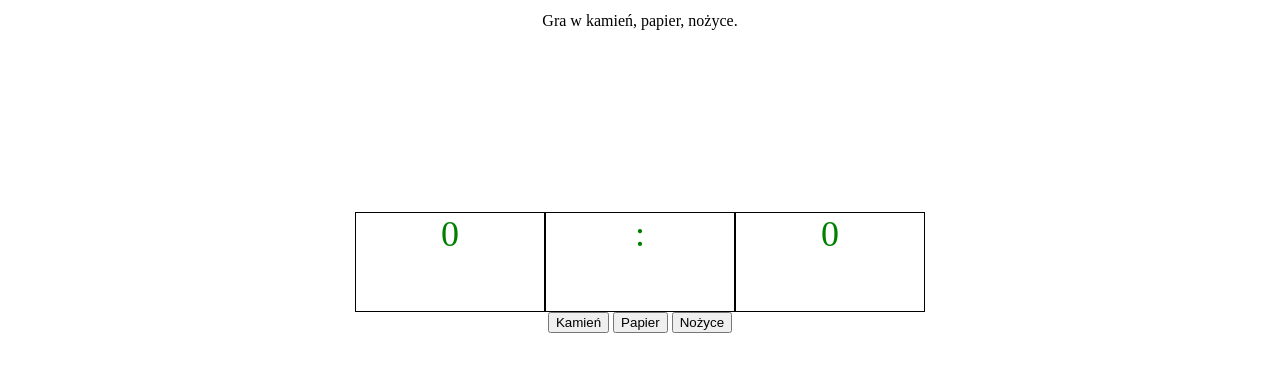
Repository: ulasup/javascript-prework
Page: index.html
An editor plug-in stored every save of this project. The page is shown before and after the next save, followed by the edit.
The browser window is 1280 px wide. The pictures show the whole page.
Some web libraries are served in a nearby version. The style sheet was rebuilt from its Sass, Less or Tailwind sources for each picture, by a compiler version that may differ from the author's.

Above is the page before, as saved 2020-12-12 17:20:41.

### index.html
<!DOCTYPE html>
<html lang="en">
<head>
	<meta charset="UTF-8">
	<title>Kamień, papier, nożyce</title>
	<link rel="stylesheet" href="https://cdnjs.cloudflare.com/ajax/libs/font-awesome/5.9.0/css/all.min.css">
    <link rel="stylesheet" href="vendor/bootstrap-grid.css">
	<link rel="stylesheet" href="css/style.css">
</head>
<body>
	<div class="container">
		<div class="header">Gra w kamień, papier, nożyce.</div>
		<div class=row>
			<div class="player col-2">0</div>
			<div class="score col-2">:</div>
			<div class="computer col-2">0</div>
		</div>
		<div id="buttons">
			<button id="button-rock" type="button">Kamień</button>
			<button id="button-paper" type="button">Papier</button>
			<button id="button-scissors" type="button">Nożyce</button>
		</div>
		<div id="messages"></div>
	</div>
	<script src="js/functions.js"></script>
	<script src="js/script.js"></script>
</body>
</html>

### js/script.js
let buttonRock, buttonPaper, buttonScissors,
playerScore=0,
computerScore=0;

buttonRock = document.getElementById('button-rock');
buttonPaper = document.getElementById('button-paper');
buttonScissors = document.getElementById('button-scissors');

function buttonClicked(argButtonName) {
  clearMessages();

  let computerMove, playerMove, randomNumber;

  function getMoveName(argMoveId) {
    if (argMoveId == 1) {
      return 'kamień';
    } else if (argMoveId == 2) {
      return 'papier';
    } else if (argMoveId == 3) {
      return 'nożyce';
    } else {
      printMessage('Nie znam ruchu o id ' + argMoveId + '. Zakładam, że chodziło o "kamień".');
      return 'kamień';
    }
  }

  function displayResult(argPlayerMove, argComputerMove) {
    if (argPlayerMove == 'papier' && argComputerMove == 'kamień') {
      playerScore++;
      printMessage('Brawo! Zdobywasz punkt!');
    }
    else if (argPlayerMove == 'kamień' && argComputerMove == 'nożyce') {
      playerScore++;
      printMessage('Brawo! Zdobywasz punkt!');
    }
    else if (argPlayerMove == 'nożyce' && argComputerMove == 'papier') {
      playerScore++;
      printMessage('Brawo! Zdobywasz punkt!');
    }
    else if (argPlayerMove == argComputerMove) {
      printMessage('Remis!');
    }
    else {
      computerScore++;
      printMessage('Komputer zdobył punkt!');
    }
    printMessage('Komputer zagrał ' + argComputerMove + ', a Ty ' + argPlayerMove);
  }

  playerMove = argButtonName;
  randomNumber = Math.floor(Math.random() * 3 + 1);
  computerMove = getMoveName(randomNumber);

  if (playerScore == 3) {
    printMessage('Koniec gry! Wygrałeś');
  }
  else if (computerScore == 3) {
    printMessage('Koniec gry! Przegrałeś :(');
  }
  else displayResult(playerMove, computerMove);
}

buttonRock.addEventListener('click', function(){ buttonClicked('kamień'); });
buttonPaper.addEventListener('click', function(){ buttonClicked('papier'); });
buttonScissors.addEventListener('click', function(){ buttonClicked('nożyce'); });

### sass/style.scss
body {
    margin: 12px auto;
    text-align: center;
}
.header {
    min-height: 200px;
}
.row {
    justify-content: center;
}
.player, .computer, .score {
    min-height: 100px;
    color: green;
    font-size: 36px;
    border: 1px solid black;
    align-items: center;
}

Loaded but not shown: vendor/bootstrap-grid.css (library); js/functions.js (common file)

After the next save:
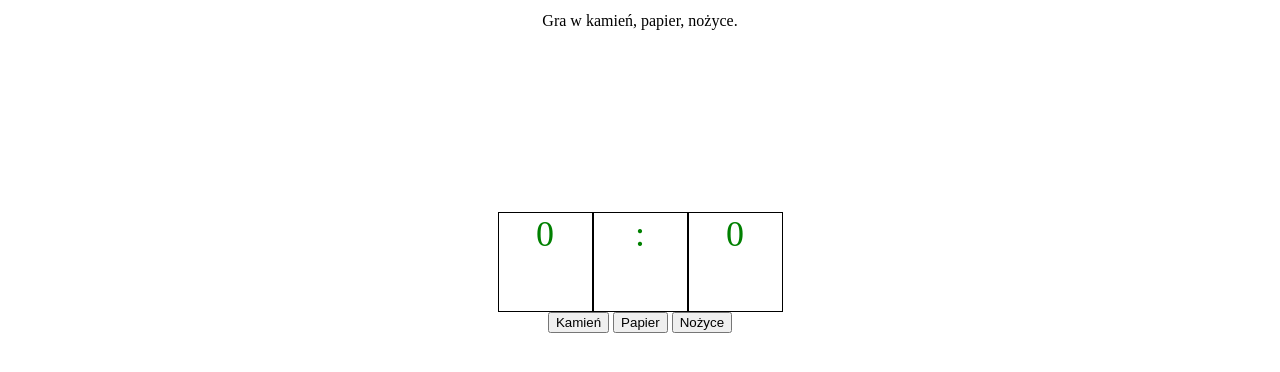
Saved 21 s later.
--- a/index.html
+++ b/index.html
@@ -11,9 +11,9 @@
 	<div class="container">
 		<div class="header">Gra w kamień, papier, nożyce.</div>
 		<div class=row>
-			<div class="player col-2">0</div>
-			<div class="score col-2">:</div>
-			<div class="computer col-2">0</div>
+			<div class="player col-1">0</div>
+			<div class="score col-1">:</div>
+			<div class="computer col-1">0</div>
 		</div>
 		<div id="buttons">
 			<button id="button-rock" type="button">Kamień</button>
